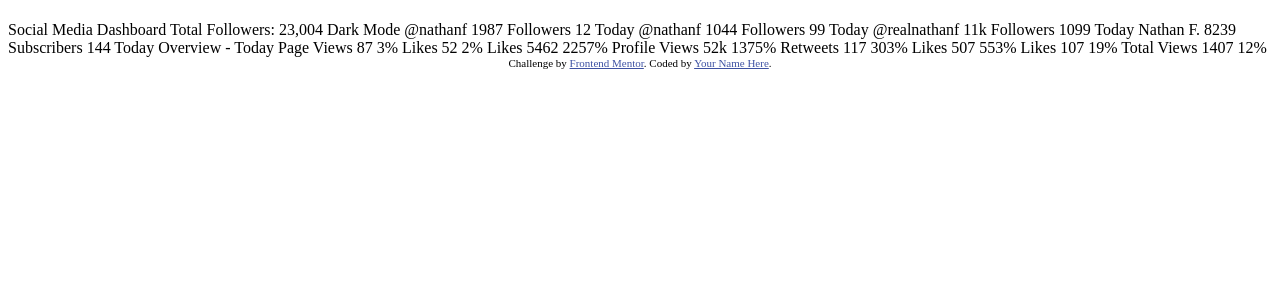
Repository: mamulini/social-media-dashboard-with-theme-switcher-master
Page: index.html
The author's editor kept a copy of each file at every save. The page is drawn from the files as they stood at one save, then again after the next save.
The browser window is 1280 px wide. The pictures show the whole page.

Above is the page before, as saved 2020-04-05 23:12:18.

After the next save:
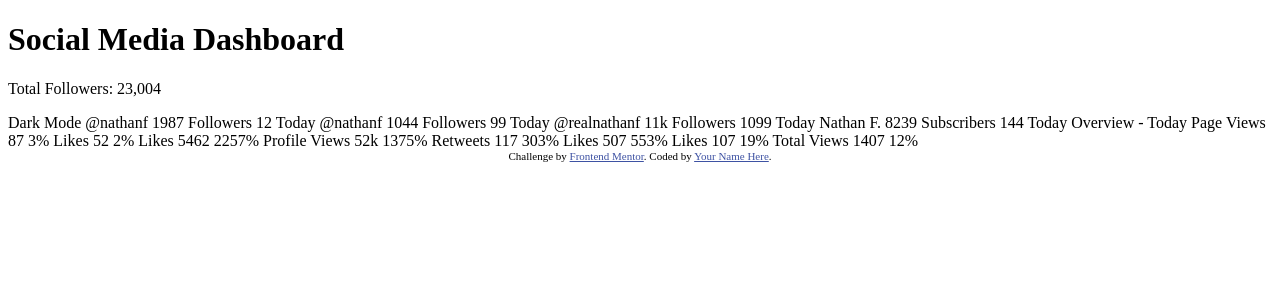
Saved 44 s later.
--- a/index.html
+++ b/index.html
@@ -11,13 +11,14 @@
   <main class="dashboard container">
     <header class="header">
       <div class="title">
-        <h1 class="title__name"></h1>
+        <h1 class="title__name">Social Media Dashboard</h1>
+        <p class="title__total">Total Followers: 23,004</p>
       </div>
     </header>
   </main>
 
-  Social Media Dashboard
-  Total Followers: 23,004
+
+
 
   Dark Mode
 
